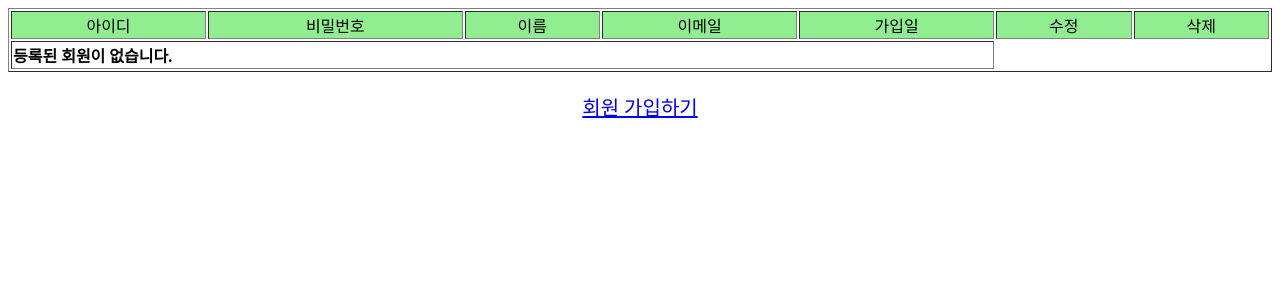
Repository: AhnHyeongSu/GreenComputer
Page: http://localhost/pro17/test03/listMembers.jsp
These files come from the project's save history. The page is drawn as it stood at one moment and after the next save; the edit follows.
The browser window is 1280 px wide. The pictures show the whole page.
The page is served by Tomcat 9.

Above is the page before, as saved 2022-08-08 03:25:43.

After the next save:
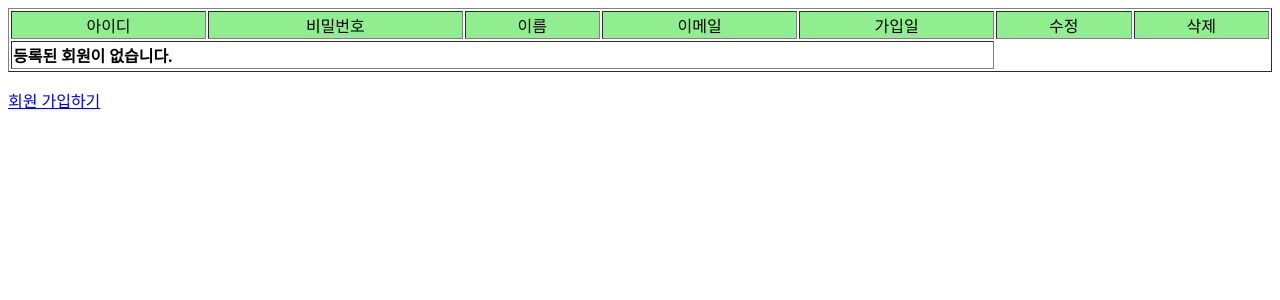
Saved 22 s later.
--- a/04.DB&SQL&JSP/교육/JSP/pro17/src/main/webapp/test03/listMembers.jsp
+++ b/04.DB&SQL&JSP/교육/JSP/pro17/src/main/webapp/test03/listMembers.jsp
@@ -79,6 +79,6 @@
 </c:choose>
 </table>
 
-<a href="${contextPath}/member2/memberForm.do"><p class="cls2">회원 가입하기</p></a>
+<a href="${contextPath}/member2/memberForm.do"><p>회원 가입하기</p></a>
 </body>
 </html>
